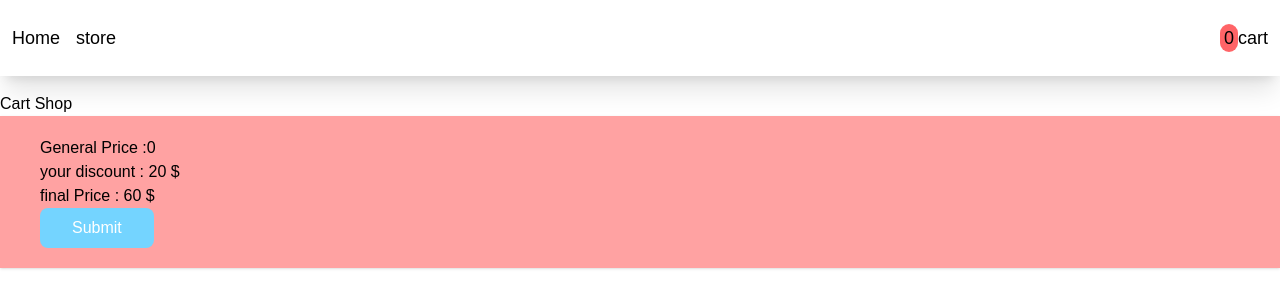
Repository: Rohullah-Noori/Nextjs-online-shop
Page: /cart
An editor plug-in stored every save of this project. The page is shown before and after the next save, followed by the edit.
The browser window is 1280 px wide. The pictures show the whole page.
The project was rebuilt for these pictures with package versions that can differ from the ones it lists, and the page was loaded fresh each time. The framework's server and built-in components were replaced by stand-ins that run in the browser. Requests to the local data server were answered from the project's data file. Also part of the build but not shown: next.config.ts, src/app/components/AddToCart.tsx, src/app/components/CartItem.tsx.

Above is the page before, as saved 2025-05-13 16:30:56.

### src/app/cart/page.tsx
"use client";

import React, { useEffect, useState } from "react";
import Container from "../components/Container";
import CartItem from "../components/CartItem";
import { useShopingContextCustim } from "../context/page";
import axios from "axios";
import { IProductsProps } from "../components/Products";
import { formatNumber } from "@/utils/number";

export default function Cart() {
  const { cart } = useShopingContextCustim();

  const [data, setData] = useState<IProductsProps[]>([]);

  useEffect(() => {
    axios(`http://localhost:3004/products`).then((res) => {
      const { data } = res;
      setData(data);
    });
  }, []);

  console.log(data);

  return (
    <Container>
      <h1>Cart Shop</h1>
      {cart.map((item) => (
        <CartItem key={item.id} {...item} />
      ))}

      <div className="shadow bg-red-300  gap-y-3 px-10 py-5 ">
        <p>
          General Price :
          <span>
            {formatNumber(
              cart.reduce((total, item) => {
                const selectedproduct = data.find(
                  (product) => product.id == item.id.toString()
                );
                return total + (selectedproduct?.price ?? 0) * item.qty;
              }, 0)
            )}
          </span>
        </p>
        <p>
          your discount : <span>20 $</span>{" "}
        </p>
        <p>
          final Price : <span>60 $</span>
        </p>
        <div className=" flex justify-start gap-x-3">
          <button className=" px-8 py-2 rounded-lg bg-sky-300 text-white">
            Submit
          </button>
          {/* <input
            type="text"
            value={"please enter your discount code"}
            className="w-[300px] bg-sky-50 rounded-lg px-3 text-gray-400"
          /> */}
        </div>
      </div>
    </Container>
  );
}

### src/app/components/Layout.tsx
import React from "react";
import Navbar from "./Navbar";

interface IlayoutProps {
  children: React.ReactNode;
}

export default function Layout({ children }: IlayoutProps) {
  return (
    <div>
      <Navbar />
      {children}
    </div>
  );
}

### src/app/context/page.tsx
"use client";
import React, { createContext, useContext, useState } from "react";

type IshopContextProps = {
  children: React.ReactNode;
};

type cartItems = {
  id: number;
  qty: number;
};

type TshopingContext = {
  cart: cartItems[];
  HandleincreasetoCard: (id: number) => void;
  getProductqty: (id: number) => number;
  totalitemsqty: number;
  handledecreasetoCard: (id: number) => void;
  RemovehandleSubmit: (id: number) => void;
};

const shopingContext = createContext({} as TshopingContext);

export const useShopingContextCustim = () => {
  return useContext(shopingContext);
};

export default function ConextShop({ children }: IshopContextProps) {
  const [cart, setCart] = useState<cartItems[]>([]);

  const getProductqty = (id: number) => {
    return cart.find((item) => item.id == id)?.qty ?? 0;
  };

  const totalitemsqty = cart.reduce((totalgqty, item) => {
    return totalgqty + item.qty;
  }, 0);

  const HandleincreasetoCard = (id: number) => {
    setCart((prev) => {
      const isnotExist = prev.find((item) => item.id === id) == null;
      if (isnotExist) {
        return [...prev, { id: id, qty: 1 }];
      } else {
        return prev.map((item) => {
          if (item.id == id) {
            return { ...item, qty: item.qty + 1 };
          } else {
            return item;
          }
        });
      }
    });
  };

  const handledecreasetoCard = (id: number) => {
    setCart((prev) => {
      const islastOne = prev.find((item) => item.id == id)?.qty == 1;
      if (islastOne) {
        return prev.filter((item) => item.id != id);
      } else {
        return prev.map((item) => {
          if (item.id == id) {
            return {
              ...item,
              qty: item.qty - 1,
            };
          } else {
            return item;
          }
        });
      }
    });
  };

  const RemovehandleSubmit = (id: number) => {
    setCart((prev) => {
      return prev.filter((item) => item.id != id);
    });
  };

  return (
    <shopingContext.Provider
      value={{
        cart,
        HandleincreasetoCard,
        getProductqty,
        totalitemsqty,
        handledecreasetoCard,
        RemovehandleSubmit,
      }}
    >
      {children}
    </shopingContext.Provider>
  );
}

### src/app/components/Container.tsx
import React from "react";
interface IContainerProps {
  children: React.ReactNode;
}

export default function Container({ children }: IContainerProps) {
  return <div className="container mx-auto">{children}</div>;
}

### src/utils/number.tsx
export function formatNumber(num: number) {
  return num.toString().replace(/\B(?=(\d{3})+(?!\d))/g, ",");
}

### src/app/components/Navbar.tsx
"use client";
import Link from "next/link";
import { usePathname } from "next/navigation";

import React from "react";
import Container from "./Container";
import { useShopingContextCustim } from "../context/page";

export default function Navbar() {
  const { totalitemsqty } = useShopingContextCustim();
  const pathname = usePathname();
  const navlinks = [
    {
      title: "Home",
      href: "/",
    },
    {
      title: "store",
      href: "/store",
    },
  ];

  return (
    <nav className="  flex p-3 mb-4 text-lg  shadow-xl  ">
      <Container>
        <div className="flex justify-between my-3 ">
          <div>
            {navlinks.map((item) => (
              <Link
                key={item.href}
                className={`mr-4 ${
                  pathname === item.href ? "text-sky-400" : ""
                }`}
                href={item.href}
              >
                {item.title}
              </Link>
            ))}
          </div>
          <div>
            <span className="bg-red-400 rounded-4xl p-1">{totalitemsqty}</span>
            <Link href="/cart">cart</Link>
          </div>
        </div>
      </Container>
    </nav>
  );
}

### database/db.json
{
  "products": [
    {
      "id": "1",
      "title": " Product 1",
      "price": 30,
      "description": "Kitchen sinks are essential for washing dishes, vegetables, and hands.\nKitchen lamps provide focused lighting for cooking and food preparation.\nCabinets store utensils, cookware, and pantry items in an organized way.\nCountertops offer space for chopping, mixing, and serving meals.\nStoves and ovens are central for cooking a variety of dishes.\nRefrigerators keep food fresh and beverages cold.\nThese materials make the kitchen functional, efficient, and enjoyable to use.",
      "image": "https://m.media-amazon.com/images/I/71r1BLOWnkL._AC_UF894,1000_QL80_.jpg"
    },
    {
      "id": "2",
      "title": " Product 2",
      "price": 10,
      "description": "Household cleaners like glass and ceramic cleaners help keep surfaces shiny and free from stains.\nThey remove dirt, grease, and bacteria, making the home healthier.\nGlass cleaners leave mirrors and windows streak-free and crystal clear.\nCeramic cleaners restore the shine of tiles and prevent mold growth.\nRegular use of these products extends the life of surfaces.\nThey also reduce unpleasant odors and leave a fresh scent.\nUsing the right cleaner makes cleaning faster and more effective.",
      "image": "https://media.istockphoto.com/id/510693044/photo/house-cleaning-product-on-wood-table.jpg?s=612x612&w=0&k=20&c=EZfeRCDgSMPnqG684zQBOqyNfDGx9JWTXS1Q2Lhrjy4="
    },
    {
      "id": "3",
      "title": " Product 3",
      "price": 20,

      "description": "Household cleaning tools like toothbrushes and bathroom brushes help maintain personal and home hygiene.\nToilet brushes are essential for keeping toilets clean and germ-free.\nShampoo is not only for hair but can also be used for gentle surface cleaning.\nCeramic cleaners remove stains and keep tiles shiny and fresh.\nKitchen floor cleaners remove grease and food residue for a safer cooking space.\nYard floor cleaners help",

      "image": "https://t3.ftcdn.net/jpg/01/91/32/34/360_F_191323402_W2ATUPr8dGHALHrvyX4WVlEDz4qXmmd9.jpg"
    },
    {
      "id": "4",
      "title": " Product 4",
      "price": 100,
      "description": "Bedroom essentials like pillows and beds provide comfort and support for restful sleep.\nSoft blankets and bed sheets add warmth and relaxation.\nCurtains help control light and add privacy to your room.\nClosets and drawers keep clothes and accessories organized.\nNightstands are useful for holding lamps, books, or phones.\nCarpets add a cozy feeling and reduce noise in the room.\nThese home materials make the bedroom more comfortable and functional.",
      "image": "https://a-static.besthdwallpaper.com/colorful-cartoon-design-with-open-door-and-household-items-wallpaper-1152x768-102826_36.jpg"
    },
    {
      "id": "5",
      "title": " Product 5",
      "price": 80,
      "description": "Chairs provide comfortable seating and come in various styles for different rooms.\nLamps add both light and ambiance, making spaces feel warm and inviting.\nWall art and paintings bring personality and color to your home.\nShelves and stands help organize books, plants, and decorative items.\nRugs define areas and add texture to floors.\nMirrors enhance light and make rooms appear more spacious.\nDecorations reflect your style and turn a house into a home.",
      "image": "https://plus.unsplash.com/premium_photo-1683133958062-12afa652a4fb?fm=jpg&q=60&w=3000&ixlib=rb-4.0.3&ixid=M3wxMjA3fDB8MHxzZWFyY2h8OXx8aG9tZSUyMGRlY29yfGVufDB8fDB8fHww"
    },
    {
      "id": "6",
      "title": " Product 6",
      "price": 5,
      "description": "Fruits are a natural source of vitamins, minerals, and fiber. They come in a variety of colors, shapes, and flavors. Eating fruits regularly helps boost your immune system. Some common fruits include apples, bananas, oranges, and grapes. Fruits are a delicious and healthy snack for any time of day.Many fruits grow on trees, bushes, or vines depending on the type. Tropical fruits like mangoes and pineapples thrive in warm climates.",

      "image": "https://t3.ftcdn.net/jpg/06/06/15/56/360_F_606155606_rFYHJP0uKgPNdpT3NoDbucxp0h38rlWb.jpg"
    }
  ]
}

Loaded but not shown: src/app/layout.tsx (common file); src/app/globals.css (common file)

After the next save:
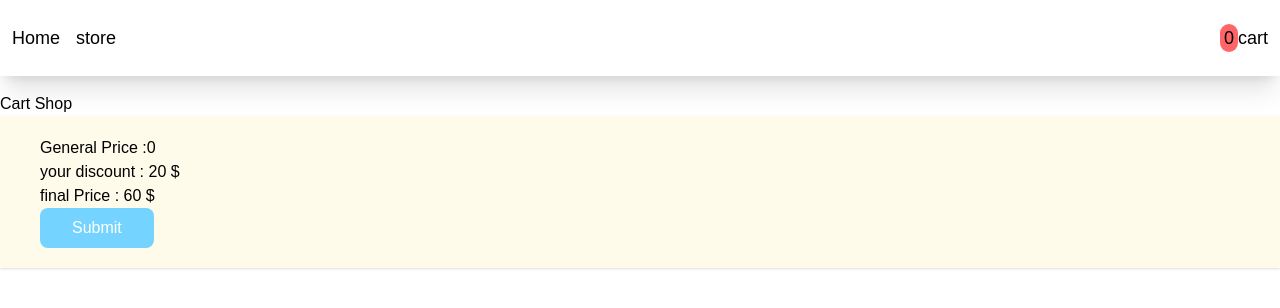
Saved 16 s later.
--- a/src/app/cart/page.tsx
+++ b/src/app/cart/page.tsx
@@ -29,7 +29,7 @@ export default function Cart() {
         <CartItem key={item.id} {...item} />
       ))}
 
-      <div className="shadow bg-red-300  gap-y-3 px-10 py-5 ">
+      <div className="shadow bg-amber-50 gap-y-3 px-10 py-5 ">
         <p>
           General Price :
           <span>
